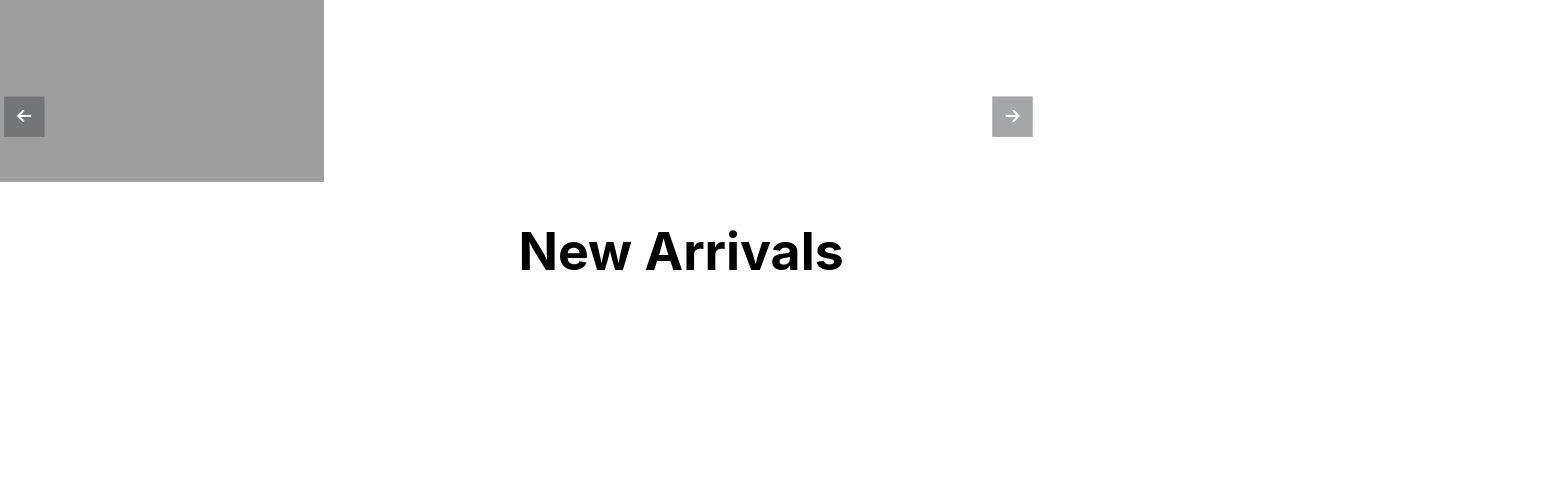
Repository: 0584386177/CuoiKiReactJs
Page: /
The author's editor kept a copy of each file at every save. The page is drawn from the files as they stood at one save, then again after the next save.
The browser window is 1280 px wide. The page is 1920 px wide, then 1310 px, so the pictures cover 1920 px, including what lies to the right of the window. The pictures show the part of the page from y = 166 to 782 px (the page is 1530 px tall), at 81% of full size.
Pictures or frames that could not be fetched are drawn as grey boxes. The page's requests for data from a server got no answer. The project was rebuilt for these pictures with package versions that can differ from the ones it lists, and the page was loaded fresh each time. No one was signed in, and anything a server would have sent is missing. Also part of the build but not shown: src/components/Men/Men.jsx, src/components/Women/Women.jsx.

Above is the page before, as saved 2023-11-10 23:05:10.

### src/App.js
import React from 'react';
import Page from './components/Page/Page';
import { Route,Routes } from 'react-router-dom';
import Men from './components/Men/Men';
import Women from './components/Women/Women';

const App = () => {
  return (
    <div>
      <Routes>
        <Route path='/' element = {<Page></Page>}></Route>
        <Route path='/women' element = {<Women></Women>}></Route>
        <Route path='/men' element={<Men></Men>}></Route>
      </Routes>
    </div>
  );
};

export default App;

### src/components/Page/Page.jsx
import React from 'react';
import Header from './Header';
import styled from 'styled-components';
import Slider from './Slider';
import NewArrivals from './NewArrivals';
const PageWrapper = styled.div`
    width: 100%;
    height: 100vh;
    max-width:1980px;
    margin: 0 auto;

`
const Page = () => {
    return (
        <PageWrapper>
        <Header/>
        <Slider/>
        <NewArrivals/>
        </PageWrapper>
    );
};

export default Page;

### src/components/Page/Header.jsx
import React from "react";
import styled from "styled-components";

const HeaderWrapper = styled.div`
  width: 100%;
  height: 90px;
  display: flex;
  justify-content: space-around;
  align-items: center;
`;
const HeaderLogo = styled.div`
  font-size: 15px;
`;
const HeaderMenu = styled.div`
  ul {
    display: flex;
    list-style: none;

    li {
      padding: 10px 20px;

      a {
        display: block;
        padding: 10px 20px;
        text-decoration: none;
        color: #000;
        font-weight: 500;
        font-size: 17px;
        position: relative;
      }
      a::before {
        content: "";
        position: absolute;
        left: 0;
        bottom: 0;
        height: 2px;
        background: #000000;
        transition: all 0.3s ease;
      }
      a:hover::before {
        width: 100%;
        animation: fluent 0.5s forwards;
      }
    }

    @keyframes fluent {
      0% {
        width: 0px;
      }
      100% {
        width: 100%;
      }
    }
  }
`;
const HeaderFeatures = styled.div`
  display: flex;
  align-items: center;
  width: 340px;
  height: 100%;
`;
const HeaderSearch = styled.div`
  width: 200px;
  height: 30px;
  position: relative;

  input {
    width: 200px;
    height: 30px;
  }
  i {
    position: absolute;
    right: 0;
    top: 50%;
    transform: translateY(-50%);
  }
`;
const HeaderAccount = styled.div`
  margin: 0px 25px;
  font-size: 30px;
`;
const HeaderCart = styled.div`
    font-size: 25px;
`;

const Header = () => {
  return (
    <HeaderWrapper>
      <HeaderLogo>
        <h1>NHOM BAO</h1>
      </HeaderLogo>
      <HeaderMenu>
        <ul>
          <li>
            <a href="#">NEW</a>
          </li>
          <li>
            <a href="#">NỮ</a>
          </li>
          <li>
            <a href="#">NAM</a>
          </li>
          <li>
            <a href="#">GOLF</a>
          </li>
        </ul>
      </HeaderMenu>
      <HeaderFeatures>
        <HeaderSearch className="search">
          <input type="text" placeholder="search..."></input>
          <i class="fa-solid fa-magnifying-glass"></i>
        </HeaderSearch>
        <HeaderAccount className="account">
          <i class="fa-solid fa-person"></i>
        </HeaderAccount>
        <HeaderCart className="cart">
          <i class="fa-solid fa-cart-shopping"></i>
        </HeaderCart>
      </HeaderFeatures>
    </HeaderWrapper>
  );
};

export default Header;

### src/components/Page/Slider.jsx
import React, { useState } from "react";
import styled from "styled-components";

const SliderWrapper = styled.div`
  width: 100%;
  height: 100%;
  position: relative;
`;
const SliderButton = styled.div`
  width: 100%;
  position: absolute;
  top: 29%;
  left: 0;
  transform: translateY(-29%);
  display: flex;
  justify-content: space-between;
  align-items: center;
`;
const SliderNext = styled.button`
  width: 50px;
  height: 50px;
  color: white;
  background-color: rgba(76, 78, 80, 0.5);
  outline: none;
  border: none;
  margin-right: 5px;
  font-size: 20px;
  cursor: pointer;
`;
const SliderPre = styled.button`
  width: 50px;
  height: 50px;
  color: white;
  background-color: rgba(76, 78, 80, 0.5);
  outline: none;
  border: none;
  margin-left: 5px;
  font-size: 20px;
  cursor: pointer;
`;
const ArrivalsTitle = styled.h1`
  width: 100%;
  margin: 0px 50%;
`
const Slider = () => {
  const arrayImage = [
    "https://file.hstatic.net/1000143422/file/desktop_banner_slider_1920x600_2link_ult-trn_4b3327ceb7184530ae9783ad00500c46.jpg",
    "https://file.hstatic.net/1000143422/file/desktop_banner_slider_1920x600_2link_street_9e990a78d04646e3ae0fe35feb29b499.jpg",
    "https://file.hstatic.net/1000143422/file/hero-desk_c4-w-1920x720_0cadeff9488b4baab4c417601e60ba7a.jpg",
    "https://file.hstatic.net/1000143422/file/ec-desktop_banner_1920x600px_062fbb7c60db49ada98de87f9f03862c.png",
    "https://file.hstatic.net/1000143422/file/desktop_banner_slider_1920x600_2link_soft_dd3b9719fd3e4818bb108c020a9af7a2.jpg",
  ];

  const [ImageIndexCurrent, setImageIndexCurrent] = useState(0);
  const handleClickNext = () => {
    setImageIndexCurrent(ImageIndexCurrent + 1);
    if (ImageIndexCurrent === 4) setImageIndexCurrent(0);
  };
  const handleClickPre = () => {
    setImageIndexCurrent(ImageIndexCurrent - 1);
    if (ImageIndexCurrent === 0) setImageIndexCurrent(4);
  };
  return (
    <SliderWrapper>
      <div className="image">
        <img src={arrayImage[ImageIndexCurrent]} alt=""></img>
      </div>
      <SliderButton>
        <SliderPre onClick={handleClickPre}>
          <i class="fa-solid fa-arrow-left"></i>
        </SliderPre>
        <SliderNext onClick={handleClickNext}>
          <i class="fa-solid fa-arrow-right"></i>
        </SliderNext>
      </SliderButton>
      <ArrivalsTitle>
        <h1>New Arrivals</h1>
      </ArrivalsTitle>

    </SliderWrapper>
  );
};

export default Slider;

### src/components/Page/NewArrivals.jsx
import React, { useEffect, useState } from "react";
import styled from "styled-components";

const ArrivalsWrapper = styled.div`
  width: 100%;
  height: 100%;
  display: flex;
  justify-content: center;
`;
// const ArrivalsTitle = styled.h1`
//   padding: 20px 0px;
// `;
const ArrivalsItems = styled.div`
  display: flex;
`;

const ArrivalsItem = styled.div`
  width: 315px;
  height: 405px;
  padding: 10px 10px;
  display: flex;
  flex-direction: column;
  align-items: center;
`;
const ItemImg = styled.img`
  width: 100%;
  height: 300px;
  object-fit: cover;
  flex-shrink: 0;
`;
const api = "http://localhost:3000/products";
const NewArrivals = () => {
  const [products, setProducts] = useState([null]);
  console.log(products);
  useEffect(() => {
    const fetchData = async () => {
      const response = await fetch(api);
      const data = await response.json();
      return setProducts(data);
    };
    fetchData();
  }, []);
  return (
    <ArrivalsWrapper>
      {/* <ArrivalsTitle>NEW ARRIVALS</ArrivalsTitle> */}

      <ArrivalsItems>
        {/* {Array(4)
          .fill(null)
          .map((item, index) => {
            return (
              <ArrivalsItem>
                <ItemImg src="https://source.unsplash.com/random" alt="" />
                <h4>ECCOs</h4>
              </ArrivalsItem>
            );
          })} */}
        <ArrivalsItem>
          <ItemImg src="https://source.unsplash.com/random" alt="" />
          <h4>ECCOs</h4>
        </ArrivalsItem>{" "}

        <ArrivalsItem>
          <ItemImg src="https://source.unsplash.com/random" alt="" />
          <h4>ECCO</h4>
        </ArrivalsItem>
        <ArrivalsItem>
          <ItemImg src="https://source.unsplash.com/random" alt="" />
          <h4>ECCO</h4>
        </ArrivalsItem>
        <ArrivalsItem>
          <ItemImg src="https://source.unsplash.com/random" alt="" />
          <h4>ECCOs</h4>
        </ArrivalsItem>
      </ArrivalsItems>
    </ArrivalsWrapper>
  );
};

export default NewArrivals;

Loaded but not shown: public/index.html (common file); src/index.js (common file); src/index.css (common file); src/reportWebVitals.js (common file)

After the next save:
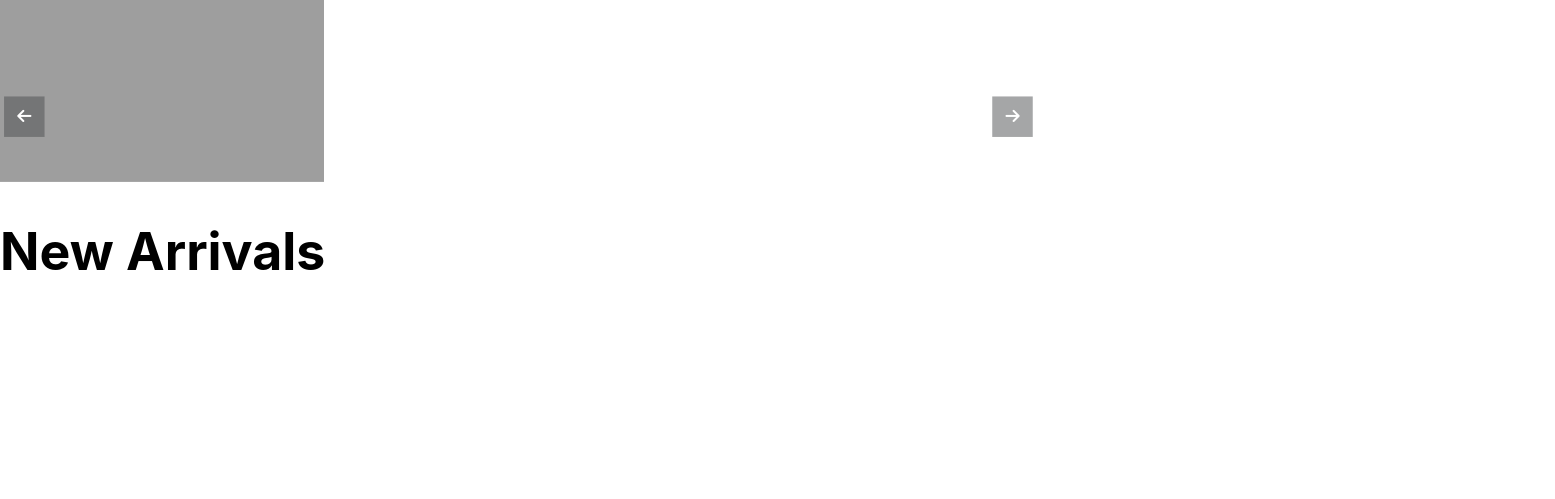
Saved 27 s later.
--- a/src/components/Page/Slider.jsx
+++ b/src/components/Page/Slider.jsx
@@ -40,7 +40,7 @@ const SliderPre = styled.button`
 `;
 const ArrivalsTitle = styled.h1`
   width: 100%;
-  margin: 0px 50%;
+  margin: 0 auto;
 `
 const Slider = () => {
   const arrayImage = [
